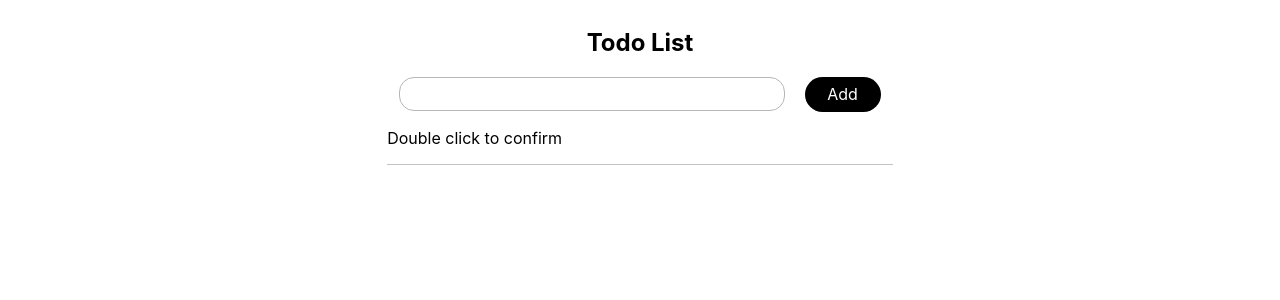
Repository: irenewuu/comp4130_checklist
Page: index.html
An editor plug-in stored every save of this project. The page is shown before and after the next save, followed by the edit.
The browser window is 1280 px wide. The pictures show the whole page.

Above is the page before, as saved 2022-01-12 15:23:19.

### index.html
<!DOCTYPE html>
<html lang="en">
  <head>
    <meta charset="UTF-8">
    <meta name="viewport" content="width=device-width, initial-scale=1.0">
    <link rel="stylesheet" href="style.css">
    <script src="index.js"></script>
    <title>Comp4130_Checklist</title>
  </head>
  <body>
    <div class="main">
      <!-- title area -->
      <div class="title">
      <h2>Todo List</h2>
      </div>
      <!-- input area -->
      <form class="input">
        <input type="text" class="text" id="myInput" onkeyup="13" >
        <span class="btn" onclick="newElement()">Add</span>
      </form>
      <!-- homework checklist -->
      <div class="sortbox">
        <!-- <h4>Sort</h4>
        <img src="image/Iconly/Bold/sort.svg"> -->
        <p>Double click to confirm</p>
      </div>
      <ul id="NewList">

      </ul>
    </div>
  </body>
</html>

### style.css
.main {
  width: 100%;
  height: 100%;
  display: flex;
  flex-direction: column;
  justify-content: center;
  align-items: center;
  font-family: -apple-system, BlinkMacSystemFont, "Segoe UI", Roboto;
}
form > span {
  width: 60%;
  display: flex;
  justify-content: center;
  background: #000000;
  color: #fff;
  justify-content: center;
  align-items: center;
}
.input {
  width: 60%;
  display: flex;
  justify-content: center;
}
.text {
  width: 50%;
  height: 30px;
  border-radius: 15px;
  border: 1px solid rgb(182, 182, 182);
}
.btn {
  width: 10%;
  height: 35px;
  border-radius: 20px;
  margin-left: 20px;
}
.sortbox {
  width: 40%;
  display: flex;
  flex-direction: row;
  border-bottom: 1px solid #c2c2c2;
}
.sortbox > img {
  margin: 10px;
}
ul {
  width: 60%;
  justify-content: center;
  margin: 0;
  padding: 0;
}
/* Style the list items */
ul li {
  cursor: pointer;
  position: relative;
  padding: 12px 8px 12px 40px;
  list-style-type: none;
  border-bottom: 1px solid #c2c2c2;
  font-size: 18px;
  transition: 0.2s;

  /* make the list items unselectable */
  -webkit-user-select: none;
  -moz-user-select: none;
  -ms-user-select: none;
  user-select: none;
}

ul li span {
  position: relative;
  right: 10px;
}

/* hover */
ul li:hover {
  background: #ddd;
}

/* When clicked on, add a background color and strike out text */
ul li.checked {
  background: #888;
  color: #fff;
  text-decoration: line-through;
}
/* Add a "checked" mark when clicked on */
ul li.checked::before {
  content: "";
  position: absolute;
  border-color: #fff;
  border-style: solid;
  border-width: 0 2px 2px 0;
  top: 10px;
  left: 16px;
  transform: rotate(45deg);
  height: 15px;
  width: 7px;
}
/* Style the close button */
.close {
  position: absolute;
  right: 0;
  top: 0;
  padding: 12px 16px 12px 16px;
}

.close:hover {
  background-color: #f72585;
}

@media only screen and (max-width: 600px) {
  .input {
    width: 60%;
    display: flex;
    justify-content: center;
  }
  .text {
    width: 65%;
    height: 20px;
  }
  .btn {
    width: 30%;
    height: 26px;
  }
}

### index.js
let data = [];

// // Create a "close" button and append it to each list item
var listItem = document.getElementsByTagName("li");

// Create a new list item when clicking on the "Add" button
function newElement() {
  console.log(data)
  var li = document.createElement("li");
  // li.className = "unchecked";
  var inputValue = document.getElementById("myInput").value;

  //putting input value in list
  var spanText = document.createTextNode(inputValue);
  var span = document.createElement("span");
  span.appendChild(spanText);
  li.appendChild(span);


  // delete img
  var bin = document.createElement("img");
  bin.src = "image/iconly/bold/delete.svg";
  bin.className = "close";
  li.appendChild(bin);

  if (inputValue === '') {
    alert("You must write something!");
    data.push()
  } else {
    document.getElementById("NewList").appendChild(li);
  }

  document.getElementById("myInput").value = "";

  // Click on a close button to hide the current list item
  // push object in array
  data.push({ value: inputValue })
  console.log(data)

  // Add a "checked" symbol when clicking on a list item
  // var list = document.querySelector('ul');
  // list.addEventListener('click', function(ev) {
  //   if (ev.target.tagName === 'LI') {
  //     // ev.target.tagName.className = "checked";
  //     ev.target.classList.toggle('checked');
  //   }
  // }, false);

  var close = document.getElementsByClassName("close");

    for (var i = 0; i < close.length; i++) {
      close[i].onclick = function () {

        data.splice(data[i], 1);
        console.log(data)

        // delete the item onclick
        var div = this.parentElement;
        div.remove(0,-1);
      }
    }


    for (var i = 0; i < listItem.length; i++) {
      listItem[i].onclick = function () {
       // Add a "checked" symbol when clicking on a list item
        var list = document.querySelector('ul');
        list.addEventListener('click', function(ev) {
        if (ev.target.tagName === 'LI') {
          ev.target.classList.toggle('checked');

        }

  }, false);
      }
    }
}

After the next save:
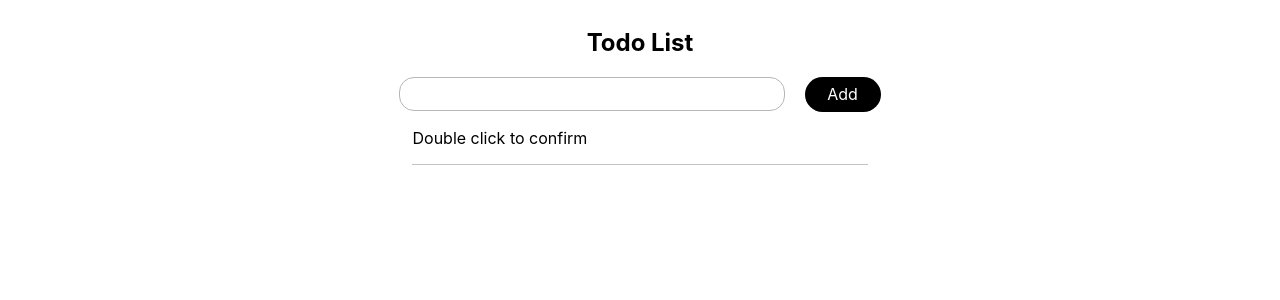
Saved 12 s later.
--- a/style.css
+++ b/style.css
@@ -34,7 +34,7 @@ form > span {
   margin-left: 20px;
 }
 .sortbox {
-  width: 40%;
+  width: 36%;
   display: flex;
   flex-direction: row;
   border-bottom: 1px solid #c2c2c2;
